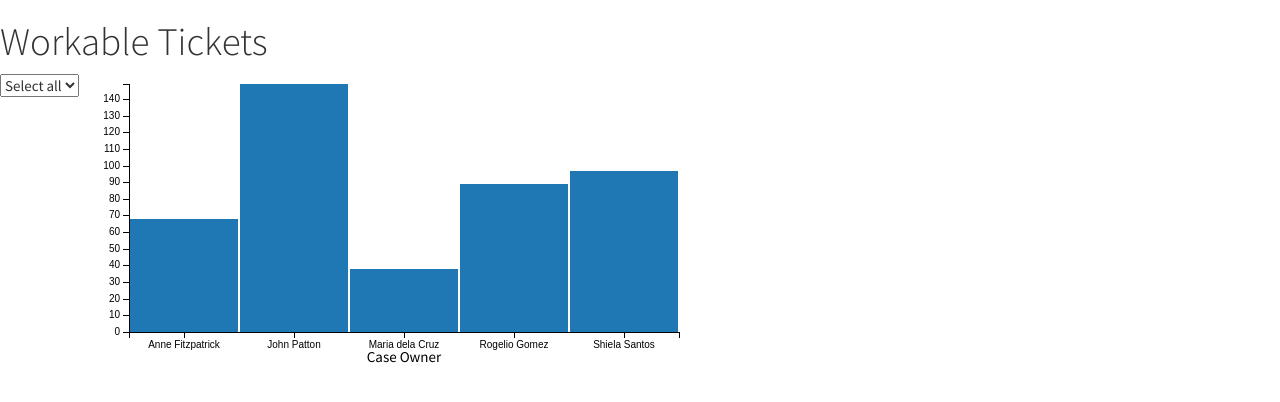
Repository: RChanco/Workable-Tickets-Dashboard
Page: index.html
The author's editor kept a record of every edit. The page is drawn from the files as they stood at one moment, then again after the next edit.
The browser window is 1280 px wide. The pictures show the whole page.

Above is the page before.

After the next edit:
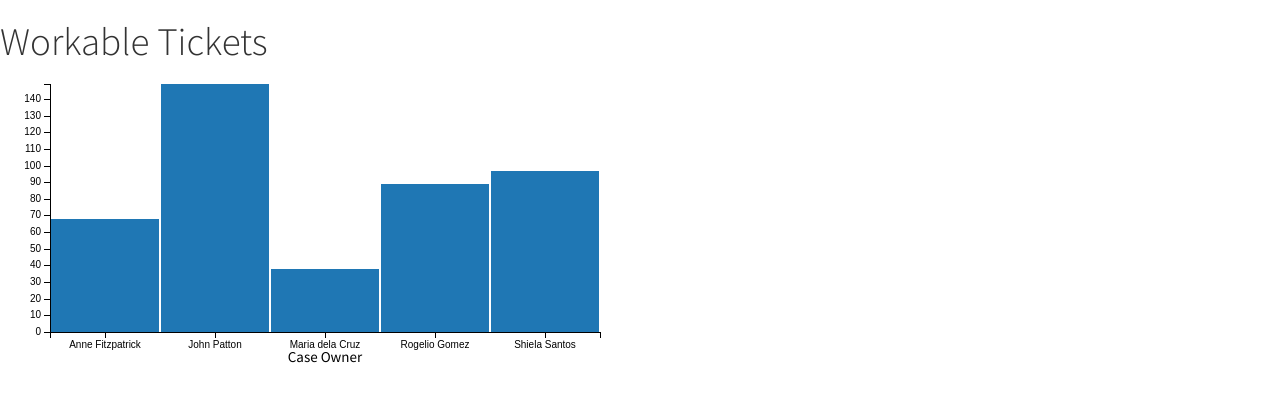
The edit:
--- a/static/js/graph.js
+++ b/static/js/graph.js
@@ -5,8 +5,9 @@
 function makeGraphs(error, ticketsData) {
     var ndx = crossfilter(ticketsData);
 
+
     show_case_owner(ndx);
-    show_status_selector(ndx);
+
 
     dc.renderAll();
 

After the edit that followed:
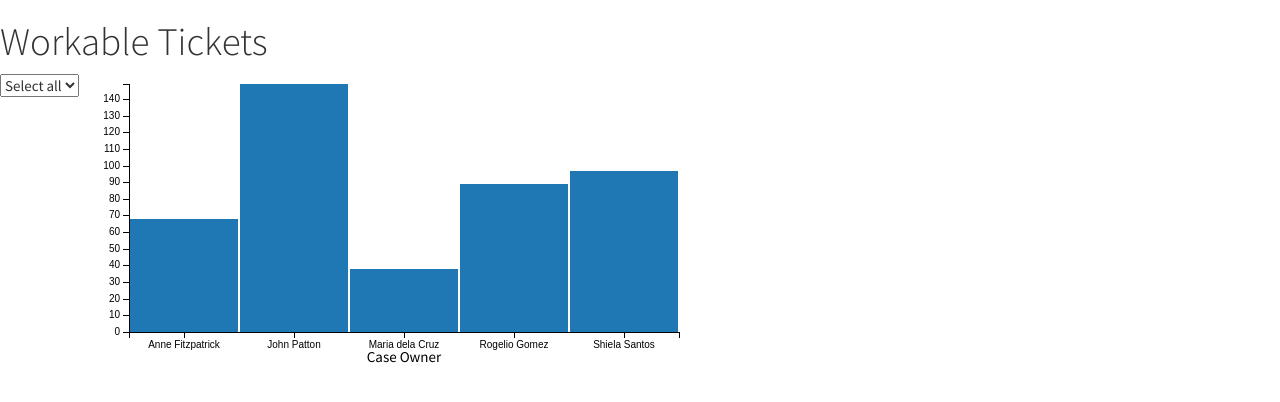
The edit:
--- a/static/js/graph.js
+++ b/static/js/graph.js
@@ -5,7 +5,7 @@
 function makeGraphs(error, ticketsData) {
     var ndx = crossfilter(ticketsData);
 
-
+    show_status_selector(ndx);
     show_case_owner(ndx);
 
 
